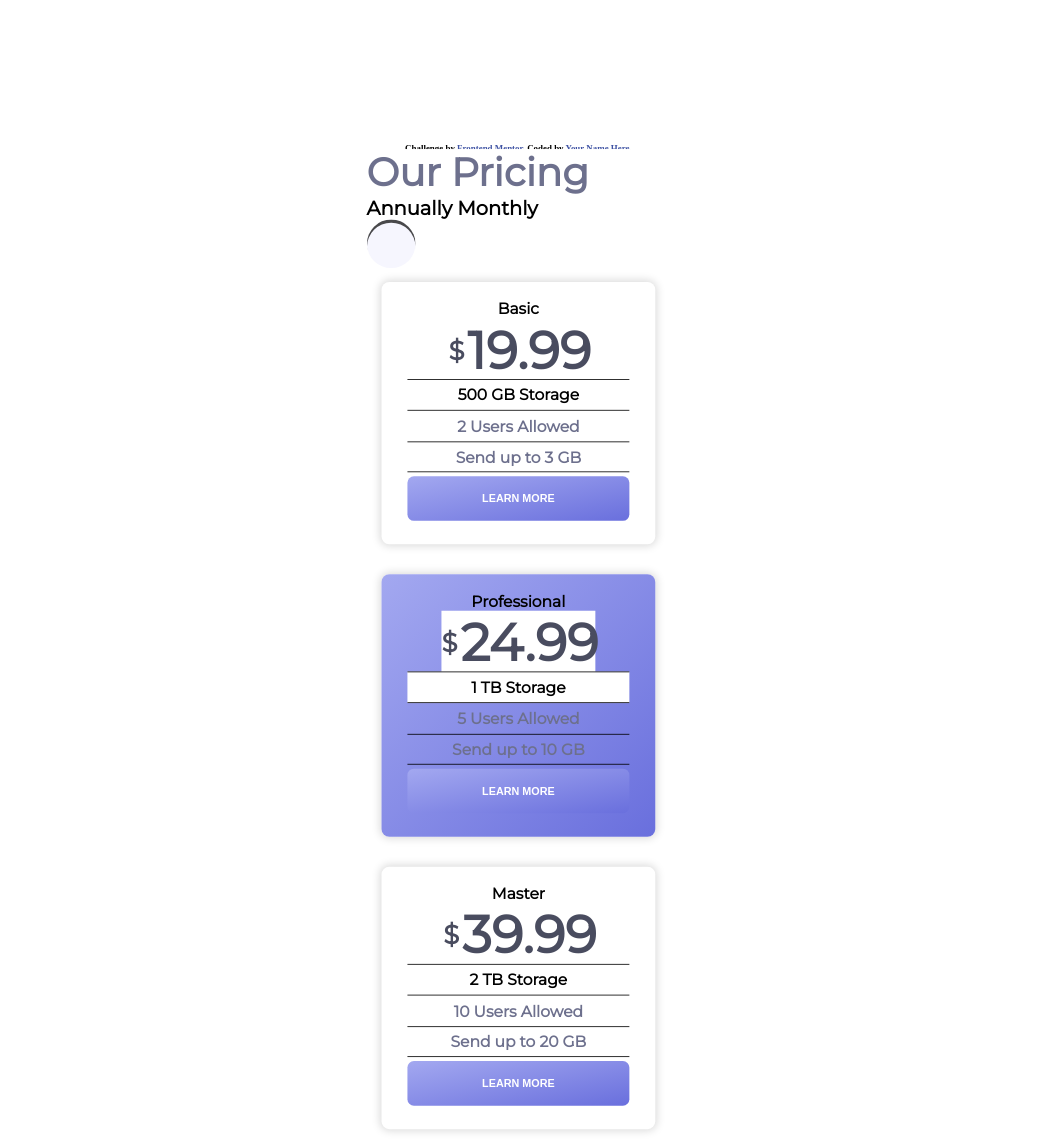
Repository: JuzzJoel/pricing-component-with-toggle-master
Page: index.html
The author's editor kept a copy of each file at every save. The page is drawn from the files as they stood at one save, then again after a run of saves.
The browser window is 1280 px wide. The pictures show the whole page, at 81% of full size.

Above is the page before, as saved 2025-05-24 11:29:50.

### index.html
<!DOCTYPE html>
<html lang="en">
<head>
  <meta charset="UTF-8">
  <meta name="viewport" content="width=device-width, initial-scale=1.0"> <!-- displays site properly based on user's device -->

  <link rel="icon" type="image/png" sizes="32x32" href="./images/favicon-32x32.png">
  <link rel="preconnect" href="https://fonts.googleapis.com">
  <link rel="preconnect" href="https://fonts.gstatic.com" crossorigin>
  <link
    href="https://fonts.googleapis.com/css2?family=Montserrat:ital,wght@700"
    rel="stylesheet">
  <title>Frontend Mentor | [pricing-component-with-toggle-master]</title>
  <style>
    :root{

      --linear-gradient: linear-gradient(to bottom right, hsl(236, 72%, 79%), hsl(237, 63%, 64%));

--clr-pri: hsl(240, 78%, 98%);
--clr-pri-acc: hsl(234, 14%, 74%);
--clr-sec: hsl(233, 13%, 49%);
--clr-sec-acc: hsl(232, 13%, 33%);
    }
*,
*::before,
*::after {
    box-sizing: border-box;
}

* {
    margin: 0;
    padding: 0;
    box-sizing: border-box;
}
.visually-hidden:not(:focus):not(:active) {
  clip: rect(0 0 0 0);
  clip-path: inset(50%);
  height: 1px;
  overflow: hidden;
  position: absolute;
  white-space: nowrap;
  width: 1px;
}
    .attribution { font-size: 11px; text-align: center;height: 1vh; }
    .attribution a { color: hsl(228, 45%, 44%); }
body{
  font-size: 0.95rem;
  font-weight: 700;
width: 100vw;
height: 150vh;
display: flex;
align-items: center;
justify-content: center;
flex-direction: column;
}


.container{
  width: 375px;
  height: 100vh;
  font-family: "Montserrat", sans-serif;

}
  .pricing-header{
font-size: 1.5rem;
  }
  .pricing-header h1{
    color: var(--clr-sec);

  }
    .toggle-box{

    }

     .toggle-container{
      width: 50px;
      height: 50px;
      position: relative;
      background: var(--clr-pri);
      padding: 30px;
      border-radius: 3rem;

      box-shadow: inset 0 4px 0 0 rgba(0, 0, 0, 0.7);
     }
     .toggle-slider{
      position: absolute;
      border-radius: 50%;
      left: 10px;
      top: 5px;
     }
     input[type="radio"]{
      display: none;
     }

       .pricing{

       }


   .content-body{
    display: flex;
    flex-direction: column;
    align-items: center;
    width: 100%;
    height: 150vh;
   }
   .content{
    display: flex;
    flex-direction: column;
    align-items: center;
    justify-content: space-evenly;
    width: 90%;
    gap: 20px;
    height: 100%;
   }
   .card-container{
    display: flex;
    flex-direction: column;
    align-items: center;
    justify-content: center;
    width: 100%;
    border-radius: .6rem;

    box-shadow: 0 0 .625rem .125rem rgba(0, 0, 0, 0.15);
    height: 30%;
   }
   .card-container:nth-child(2){
  background: var(--linear-gradient);
   }    .card{
          display: flex;
          flex-direction: column;
          align-items: center;
          justify-content: space-between;
          width: 90%;
          height: 85%;
          font-family: "Montserrat", sans-serif;
        }
        .card>*{
          width: inherit;
          display: flex;
          align-items: center;
          justify-content: center;
        }
          .rows-head{
            height: 35%;
            display: flex;
            flex-direction: column;
            align-items: center;
            justify-content: center;
          }
          .rows-head p{
           font-size: 1.2rem;
          }
          .rows-head h1{
            font-size: 4rem;
            color: var(--clr-sec-acc);
            display: flex;
            align-items: center;
           } .rows-head h1 span{
            font-size: 2rem;
            color: var(--clr-sec-acc);
            margin-right: 2%;
           }
          .rows{
            height: 15%;
            border: 1px   solid black;
            border-left: none;
            border-right: none;
            color: var(--clr-sec);
            font-size: 1.2rem;
          }
          .rows:nth-child(3){
            border: none;
          }
          .rows-button{
            height: 25%;
            display: flex;
            align-items: center;
            justify-content: center;
          }
  button{
    width: 100%;
    display: flex;
    align-items: center;
    justify-content: center;
    border-radius: .5rem;
    border: none;
    padding: 1.25rem 2.5rem;
    text-transform: uppercase;
    color: white;
background: var(--linear-gradient);
    font-weight: 700;
  }
  :nth-child(2){
    color: var(--linear-gradient);
background: white;
  }

          @media(min-width:1440px){
            .content{
              flex-direction: row;
              justify-content: space-between;
             }
          }
  </style>
</head>
<body>
  <div class="attribution">
    Challenge by <a href="https://www.frontendmentor.io?ref=challenge" target="_blank">Frontend Mentor</a>.
    Coded by <a href="#">Your Name Here</a>.
  </div>


  <div class="container">
    <div class="pricing-header">
      <h1>Our Pricing</h1>
      <div class="toggle-box">
        Annually
        Monthly
        <div class="toggle-container">

          <input type="radio" class="pricing" id="price-annnual">
          <label for="price-annual"></label>

          <input type="radio" class="pricing" id="price-month">
          <label for="price-month"></label>

          <div class="toggle-slider"></div>
        </div>
      </div>
      <div class="content-body">
        <div class="content">
          <div class="card-container">
<div class="card">
            <div class="rows-head">
              <p>Basic</p>
         <h1>  <span>&dollar;</span>
          19.99
           <i class="visually-hidden">&dollar;199.99</i>
           </h1>
          </div>
            <div class="rows">500 GB Storage</div>
            <div class="rows">2 Users Allowed</div>
            <div class="rows">Send up to 3 GB</div>
            <div class="rows-button"><button>Learn More</button></div>
          </div>
          </div>

          <div class="card-container">
            <div class="card">
            <div class="rows-head">
              <p>Professional</p>
              <h1> <span>&dollar;</span>24.99
                <i class="visually-hidden">&dollar;249.99</i>
           </h1>
          </div>
            <div class="rows">1 TB Storage</div>
            <div class="rows">5 Users Allowed</div>
            <div class="rows">Send up to 10 GB</div>
            <div class="rows-button"><button>Learn More</button></div>
          </div>
          </div>
          <div class="card-container">
            <div class="card">
            <div class="rows-head">
              <p>Master</p>
              <h1> <span>&dollar;</span>39.99
                <i class="visually-hidden">&dollar;399.99</i>
          </h1>
          </div>
            <div class="rows">2 TB Storage</div>
            <div class="rows">10 Users Allowed</div>
            <div class="rows">Send up to 20 GB</div>
            <div class="rows-button"><button>Learn More</button></div>
          </div>
          </div>
        </div>
      </div>
    </div>
  </div>


</body>
</html>

After the next 3 saves:
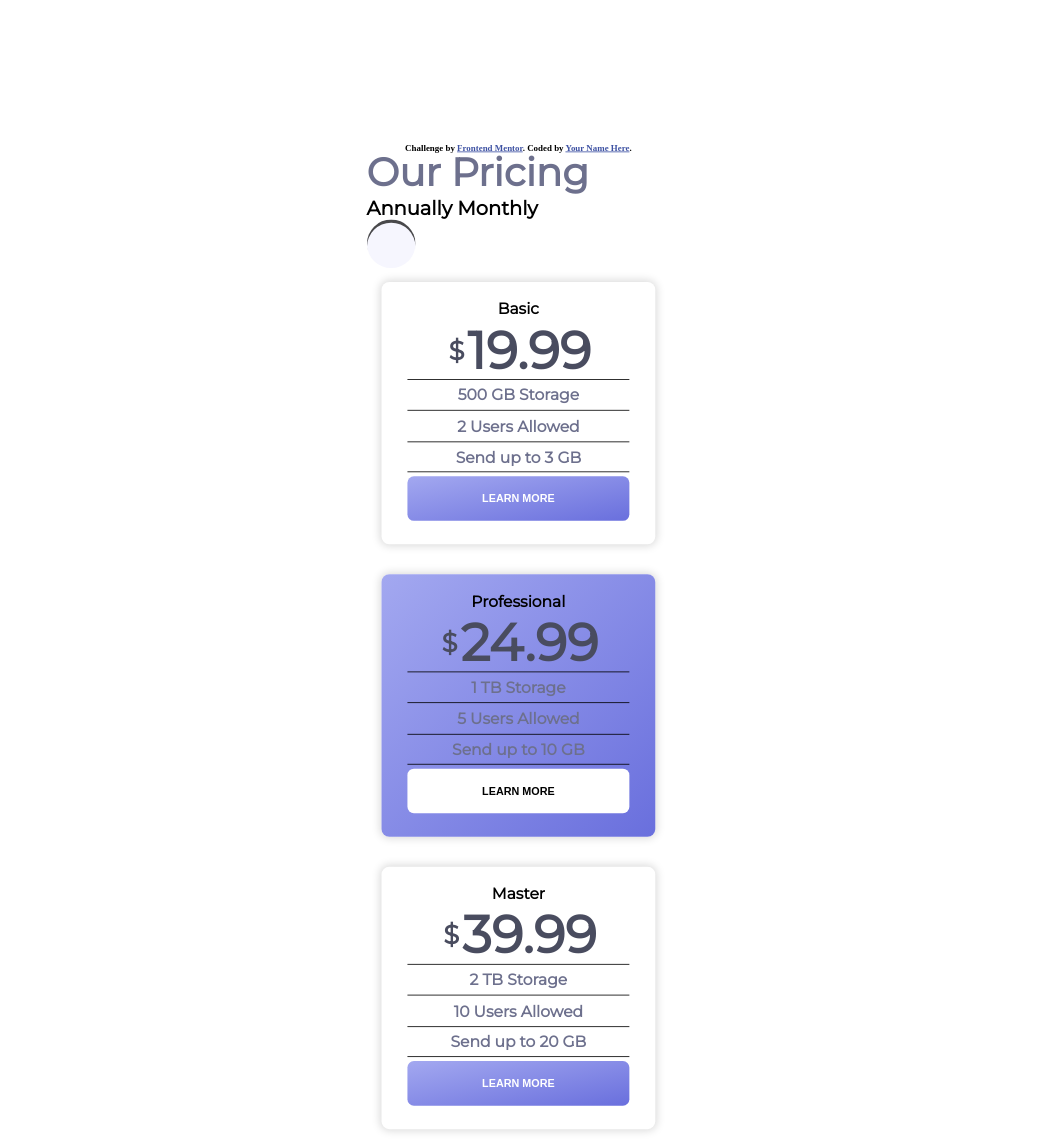
The 3 saves are shown as one change because they came seconds apart.
The last was saved 10 s later.
--- a/index.html
+++ b/index.html
@@ -191,7 +191,7 @@ font-size: 1.5rem;
 background: var(--linear-gradient);
     font-weight: 700;
   }
-  :nth-child(2){
+  .card-container:nth-child(2) button{
     color: var(--linear-gradient);
 background: white;
   }
